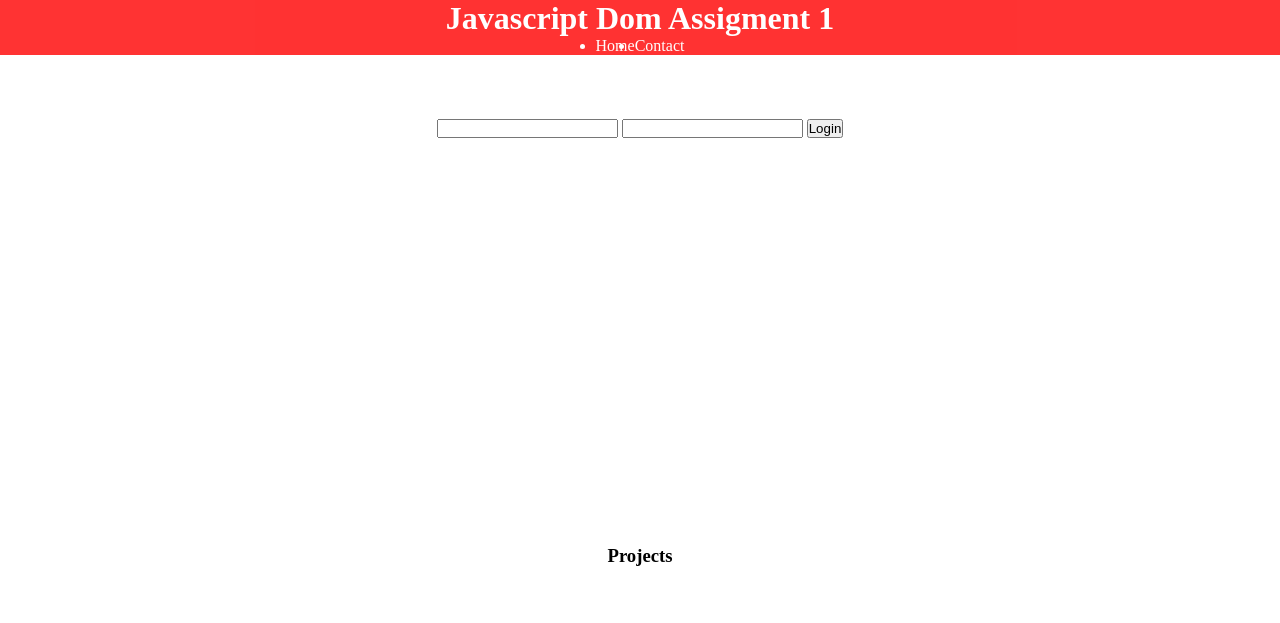
Repository: haakanerol/haakanerol
Page: Js.ass1/index.html
An editor plug-in stored every save of this project. The page is shown before and after a run of saves, followed by the edit.
The browser window is 1280 px wide. The pictures show the whole page.

Above is the page before, as saved 2024-02-25 15:58:18.

### Js.ass1/index.html
<!DOCTYPE html>
<html lang="en">
<head>
    <meta charset="UTF-8">
    <meta name="viewport" content="width=device-width, initial-scale=1.0">
    <title>Document</title>
    <style>
        * {
            margin: 0;
            padding: 0;
            box-sizing: border-box;
        }
        main {
            display: flex;
            flex-direction: column;
            justify-content: space-between;
            align-items: center;
            height: 80vh;
            padding: 4rem;
        }
    </style>
</head>
<body>
    <header class="header">
        <h1 id="title">aaa</h1>
        <nav>
            <ul class="nav-item">
                <li id="home">Home</li>
                <li>Contact</li>
            </ul>
        </nav>
    </header>
    <main>
        <section>
            <input type="text" id="username">
            <input type="password" id="password">
            <button class="btn">Login</button>
        </section>
        <section id="projects">
            <h3>Projects</h3>
            <ul>
            </ul>
        </section>
    </main>
    <script src="app.js"></script>
</body>
</html>

### Js.ass1/app.js
newHeader = document.querySelector(".header")
newHeader.style.backgroundColor = "red"
newHeader.style.opacity = "0.8"
newHeader.style.color = "white"
newHeader.style.textAlign = "center"

newTitle = document.getElementById("title")
newTitle.textContent = "Javascript Dom Assigment 1"

newNavItem = document.querySelector(".nav-item")
newNavItem.style.display = "flex"
newNavItem.style.justifyContent = "center"

After the next 2 saves:
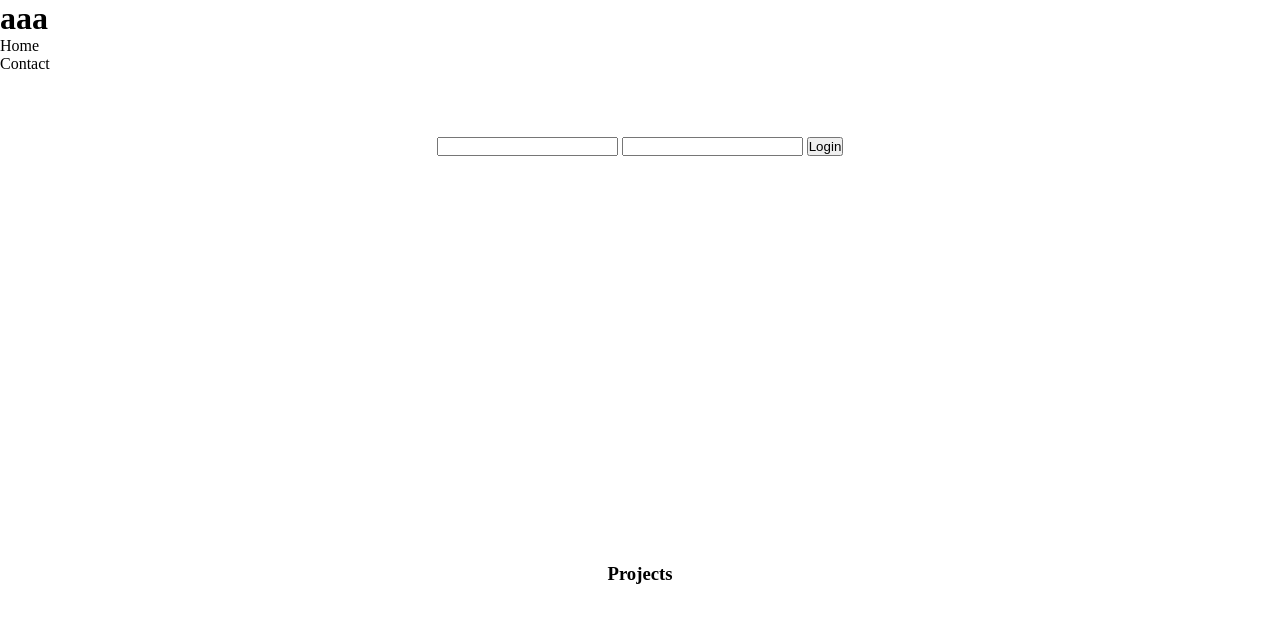
Console error: SyntaxError: Unexpected end of input
The 2 saves are shown as one change because they came seconds apart.
The last was saved 22 s later.
--- a/Js.ass1/app.js
+++ b/Js.ass1/app.js
@@ -10,3 +10,4 @@ newTitle.textContent = "Javascript Dom Assigment 1"
 newNavItem = document.querySelector(".nav-item")
 newNavItem.style.display = "flex"
 newNavItem.style.justifyContent = "center"
+new

After the save that followed:
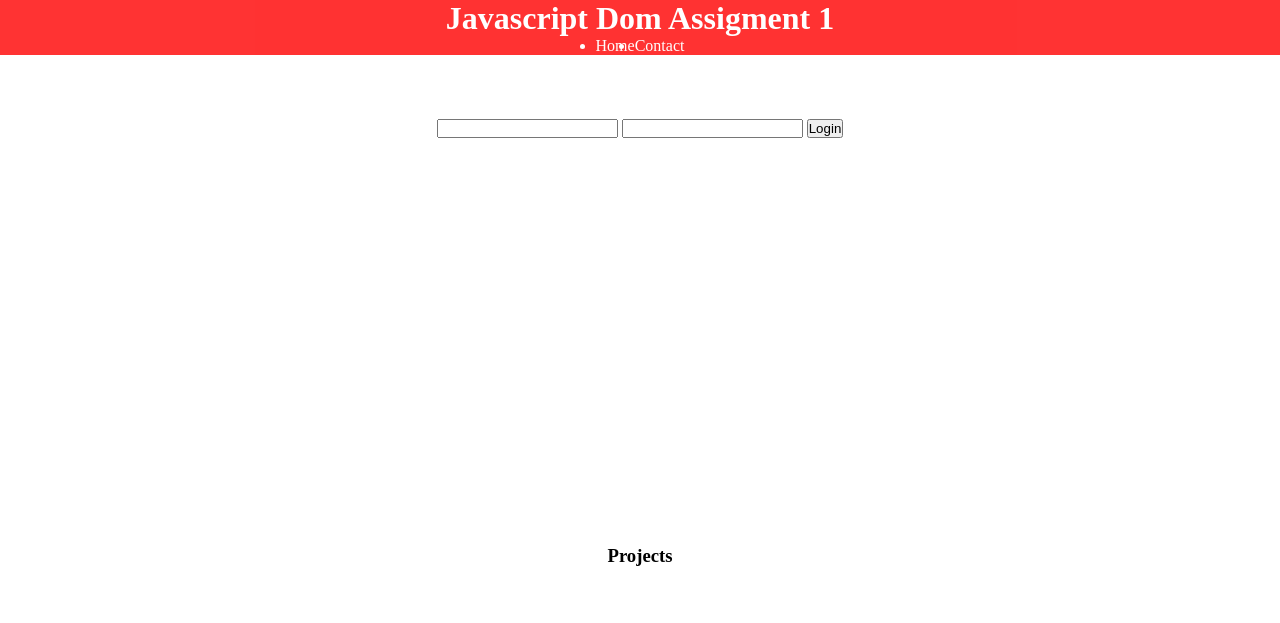
The error is gone.
Saved 4 s later.
--- a/Js.ass1/app.js
+++ b/Js.ass1/app.js
@@ -10,4 +10,4 @@ newTitle.textContent = "Javascript Dom Assigment 1"
 newNavItem = document.querySelector(".nav-item")
 newNavItem.style.display = "flex"
 newNavItem.style.justifyContent = "center"
-new
+newNavItem
